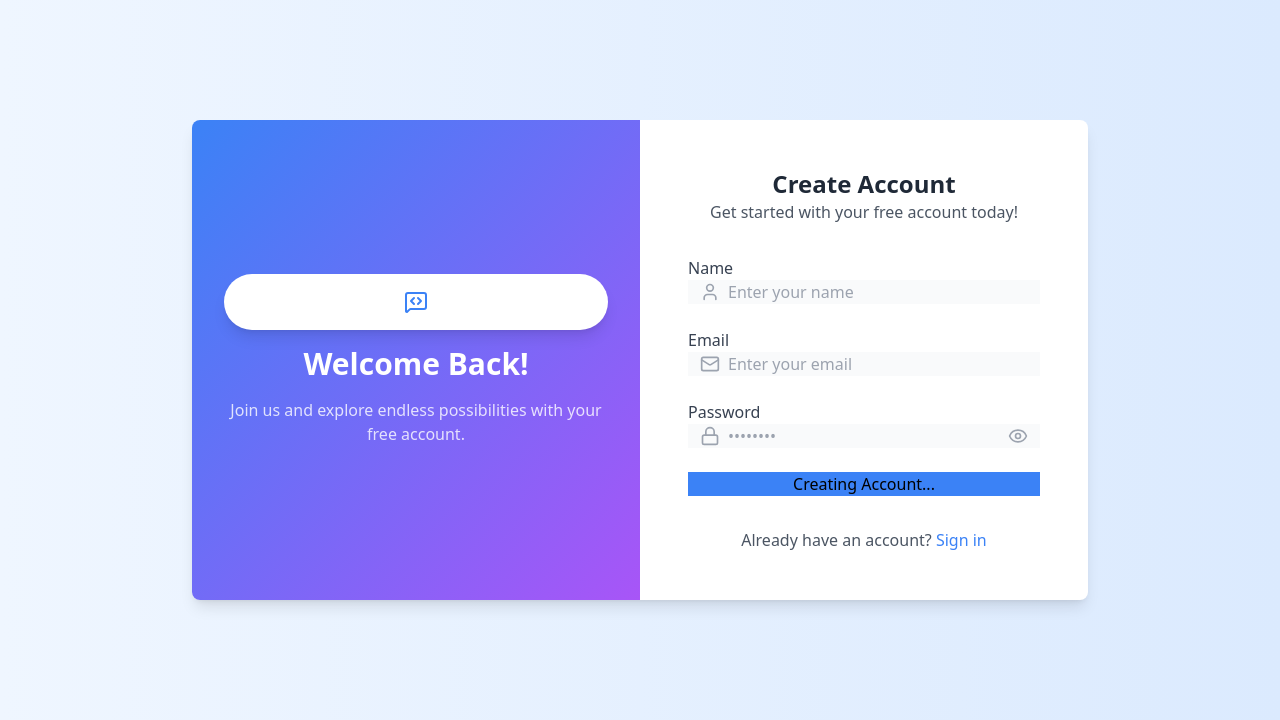
Repository: Subhashree-Nayak507/Test
Page: / (app in client/)
These files come from the project's save history. The page is drawn as it stood at one moment and after the next save; the edit follows.
The browser window is 1280 px wide. The pictures show the whole page.
The project was rebuilt for these pictures with package versions that can differ from the ones it lists, and the page was loaded fresh each time. Also part of the build but not shown: client/vite.config.js, client/src/pages/FormPage.jsx, client/src/pages/LoginPage.jsx.

Above is the page before, as saved 2025-01-06 10:56:27.

After the next save:
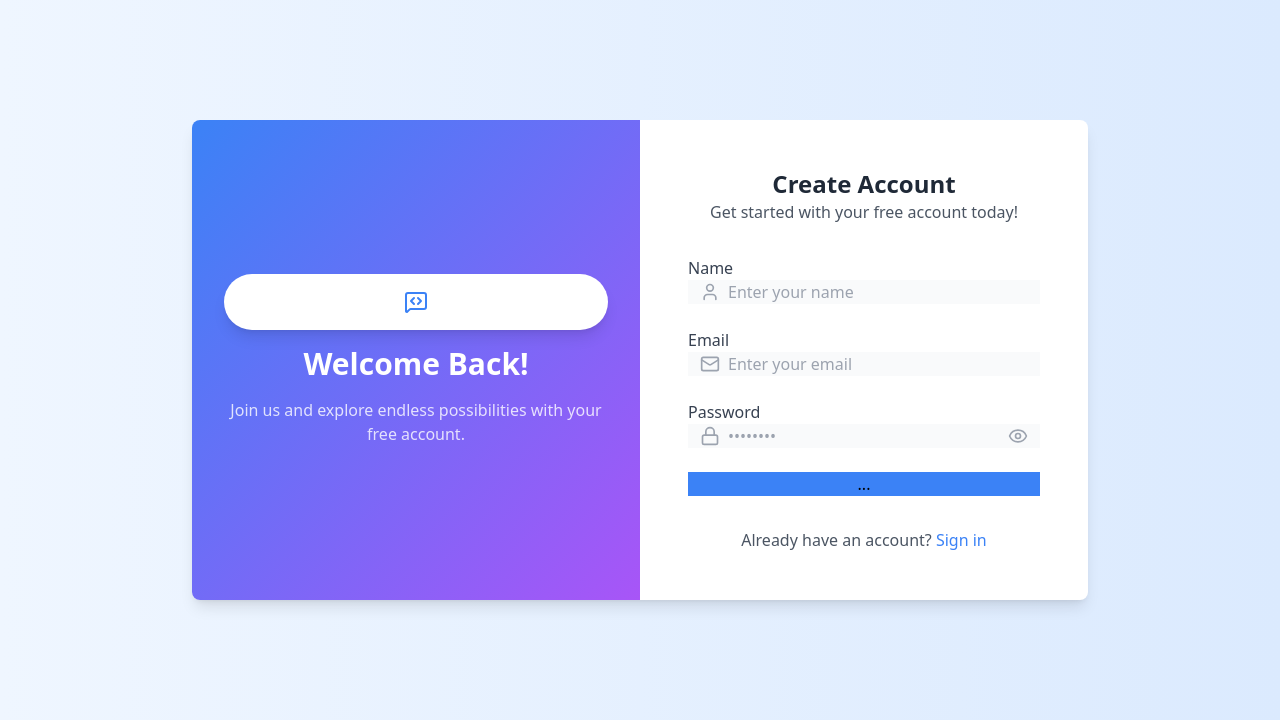
Saved 26 s later.
--- a/client/src/pages/SignupPage.jsx
+++ b/client/src/pages/SignupPage.jsx
@@ -143,7 +143,7 @@ const SignUpPage = () => {
                   className="btn btn-primary w-full bg-blue-500 cursor-not-allowed"
                   disabled
                 >
-                  Creating Account...
+                  ...
                 </button>
               ) : (
                 <button
